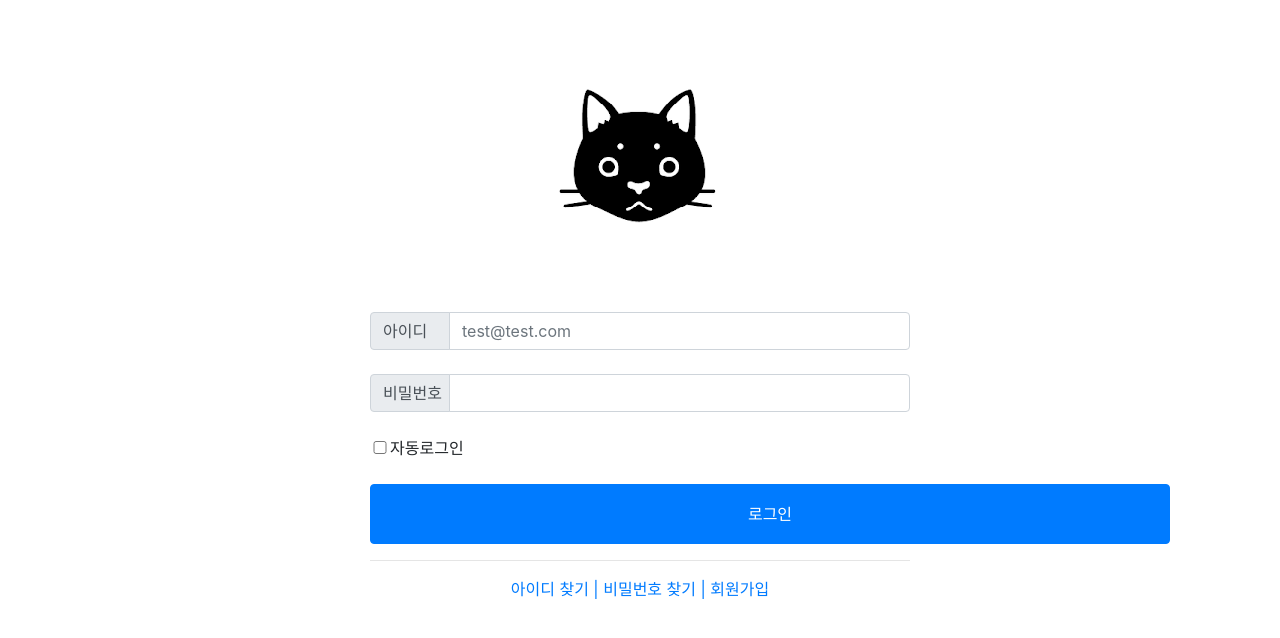
Repository: 0deepsleep/SpringMVCStudy
Page: http://localhost/TestProject/Login.jsp
These files come from the project's save history. The page is drawn as it stood at one moment and after the next save; the edit follows.
The browser window is 1280 px wide. The pictures show the whole page.
The page is served by Tomcat 9.

Above is the page before, as saved 2019-06-14 09:46:15.

### TestProject/WebContent/Login.jsp
<%@ page contentType="text/html; charset=UTF-8"%>
<%@ taglib prefix="c" uri="http://java.sun.com/jsp/jstl/core" %>
<%
	request.setCharacterEncoding("UTF-8");
	String cp = request.getContextPath();
%>
<!DOCTYPE html>
<html>
<head>
<meta charset="UTF-8">
<title>Login.jsp</title>
<link rel="stylesheet" href="https://stackpath.bootstrapcdn.com/bootstrap/4.3.1/css/bootstrap.min.css">
<style type="text/css">
	.bolck
	{
		width: 80px;
	}

	.btn
	{
		width: 800px;
		height: 60px
	}


	#err1
	{
		display: none;
		color: red;
		font-size: small;
	}

	#err2
	{
		display: none;
		color: red;
		font-size: small;
	}
	*{text-align:left;}

</style>
<script type="text/javascript" src="https://ajax.googleapis.com/ajax/libs/jquery/3.4.1/jquery.min.js"></script>
<script type="text/javascript">

	$(document).ready(function()
	{
		$("#btn").click(function()
		{

			if($("#userId").val()=="" && $("#userPwd").val()=="")
			{
				$("#err1").css("display", "inline");
				$("#err2").css("display", "inline");
				return;
			}

			$("#err1").css("display", "none");

			if($("#userId").val()=="")
			{
				$("#err1").css("display", "inline");
				return;
			}

			$("#err2").css("display", "none");

			if( $("#userPwd").val()=="")
			{
				$("#err2").css("display", "inline");
				return;
			}

			$("#memberForm").submit();

		});


	});
</script>

</head>
<body>

<div class="text-center container">
	<img src="<%=cp %>/img/cat.png" class="rounded" alt="logo" style="margin-top: 60px;">
  <div class="row" style="margin-top: 60px;">
  	<div class="col-md-6 offset-md-3">
  		<div class="input-group" id="memberForm">
	  		<div class="input-group-prepend">
		    	<span class="input-group-text bolck">아이디</span>
		    </div>
		  <input type="text" id="userId" name="userId" class="form-control"
		  required="required" placeholder="test@test.com">
		    </div>
		    <span id="err1">아이디를 입력해주세요.</span><br>

		<div class="input-group" id="memberForm">
	  		<div class="input-group-prepend">
		    	<span class="input-group-text bolck">비밀번호</span>
		    </div>
		  	<input type="password" id="userPwd" name="userPwd" class="form-control"
		  required="required" >
		</div>
		<span id="err2">비밀번호를 입력해주세요.</span>
		<br><input type="checkbox" style="width: 20px;">자동로그인

		<br><br>
		<button type="button" id="btn" name="btn" class="btn-primary btn">로그인</button>
		<br><hr />

		<div style="text-align: center;">
				<a href="#"> 아이디 찾기 |</a>
				<a href="#"> 비밀번호 찾기 |</a>
				<a href="#"> 회원가입</a>
		</div>
	</div>
  </div>
</div>

</body>
</html>

After the next save:
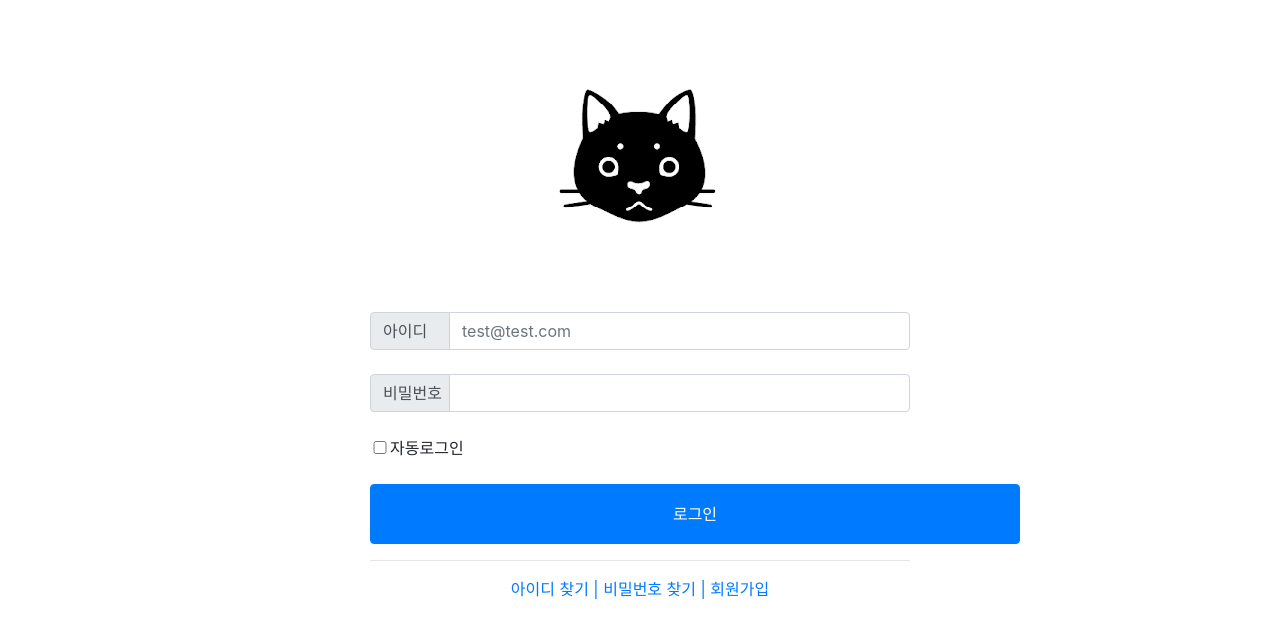
Saved 10 s later.
--- a/TestProject/WebContent/Login.jsp
+++ b/TestProject/WebContent/Login.jsp
@@ -18,7 +18,7 @@
 
 	.btn
 	{
-		width: 800px;
+		width: 650px;
 		height: 60px
 	}
 
